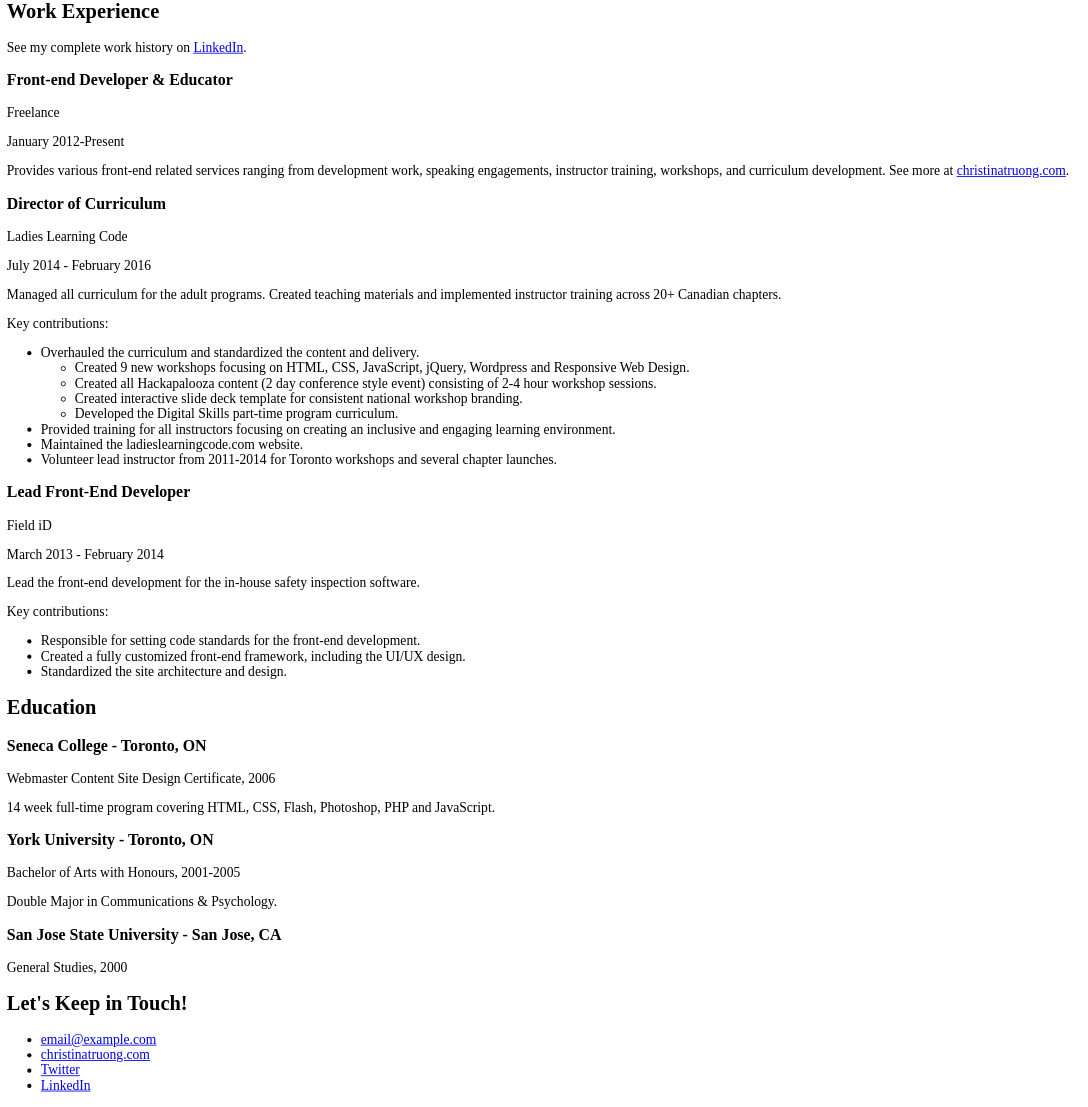
Repository: Aklilegetachew/my-Portfolio
Page: index.html
An editor plug-in stored every save of this project. The page is shown before and after the next save, followed by the edit.
The browser window is 1280 px wide. The pictures show the part of the page from y = 1393 to 2695 px (the page is 2695 px tall), at 85% of full size.
A picture or video elsewhere on the page could not be fetched, so the positions and the page height are approximate.

Above is the page before, as saved 2021-11-22 22:46:24.

After the next save:
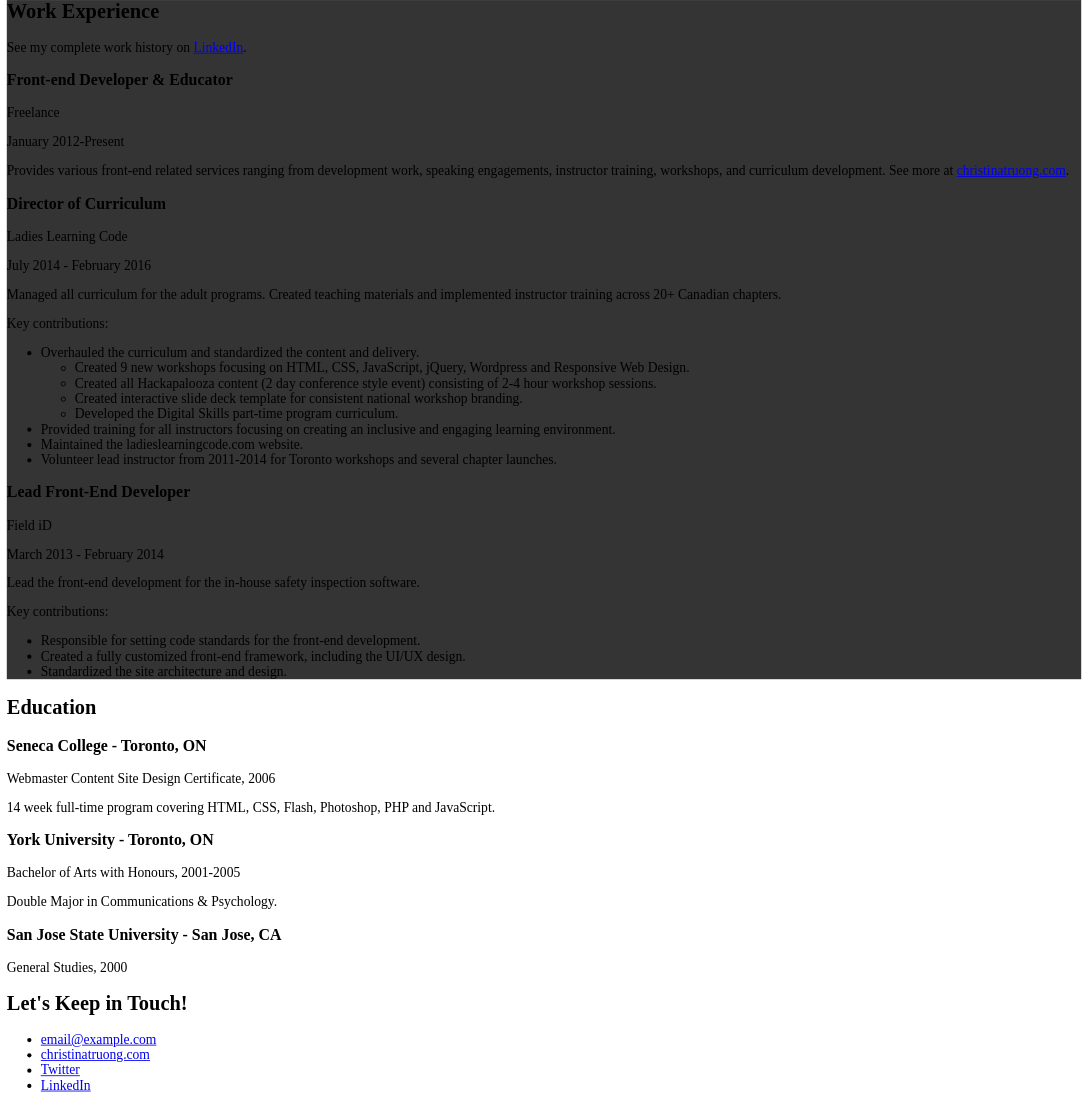
Saved 3 min 4 s later.
--- a/css/styles.css
+++ b/css/styles.css
@@ -33,6 +33,6 @@
 /* Work experiance
 =======================================================*/
 .work-experience{
-    background-color: #343434 - blue light;
+    background-color: #343434;
 
 }
